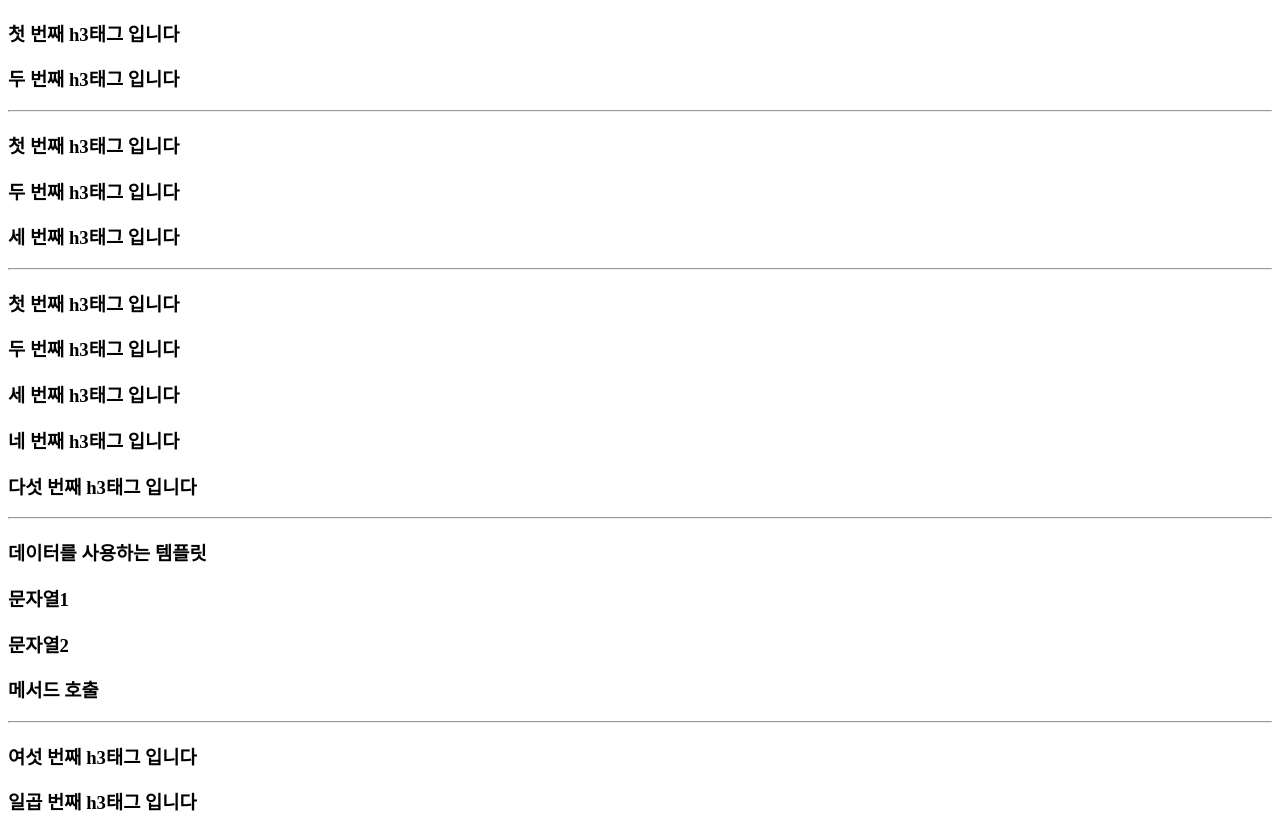
Repository: HyoJun00/Vue_JS
Page: Component/src/main/webapp/index.html
The author's editor kept a copy of each file at every save. The page is drawn from the files as they stood at one save, then again after the next save.
The browser window is 1280 px wide. The pictures show the whole page.

Above is the page before, as saved 2025-07-15 06:05:11.

### Component/src/main/webapp/index.html
<!DOCTYPE html>
<html>
<head>
<meta charset="UTF-8">
<title>Insert title here</title>
<script src="https://cdn.jsdelivr.net/npm/vue@2"></script>
<script>
	Vue.component('component1', {
		template : '<div>'
				 + '<h3>첫 번째 h3태그 입니다</h3>'
				 + '<h3>두 번째 h3태그 입니다</h3>'
				 + '</div>'
	})

	Vue.component('component2', {
		template : '<h3>세 번째 h3태그 입니다</h3>'
	})

	Vue.component('data_component', {
		template : '<div>'
				 + '<h3>데이터를 사용하는 템플릿</h3>'
				 + '<h3>{{a1}}</h3>'
				 + '<h3>{{a2}}</h3>'
				 + '<h3>{{test_method1()}}</h3>'
				 + '</div>',
		data : function(){
			rtn_obj = {
					a1 : '문자열1',
					a2 : '문자열2'
			}
			return rtn_obj
		},
		methods : {
			test_method1 : function(){
				return '메서드 호출'
			}
		}

	})

	window.onload = function(){
		var test1 = new Vue({
			el : '#test1'
		})

		var test2 = new Vue({
			el : '#test2'
		})

		var test3 = new Vue({
			el : '#test3',
			components : {
				'component3' : {
					template : '<h3>네 번째 h3태그 입니다</h3>'
				},
				'component4' : {
					template : '<h3>다섯 번째 h3태그 입니다</h3>'
				}
			}
		})

		var test4 = new Vue({
			el : '#test4'
		})

		var test5 = new Vue({
			el : '#test5',
			components : {
				'component5' : {
					template : '<h3>여섯 번째 h3태그 입니다</h3>'
				},
				'component6' : {
					template : '<h3>일곱 번째 h3태그 입니다</h3>'
				}
			},
			data : {
				view1 : 'component5',
				view2 : 'component6'
			}
		})
	}
</script>
</head>
<body>
	<div id="test1">
		<component1></component1>
	</div>
	<hr/>
	<div id="test2">
		<component1></component1>
		<component2></component2>
		<!-- <component3></component3> -->
	</div>
	<hr/>
	<div id="test3">
		<component1></component1>
		<component2></component2>
		<component3></component3>
		<component4></component4>
	</div>
	<hr/>
	<div id="test4">
		<data_component></data_component>
	</div>
	<hr/>
	<div id="test5">
	<!-- <component5></component5>
		<component6></component6> -->
		<component v-bind:is='view1'></component>
		<component v-bind:is='view2'></component>
	</div>
</body>
</html>

After the next save:
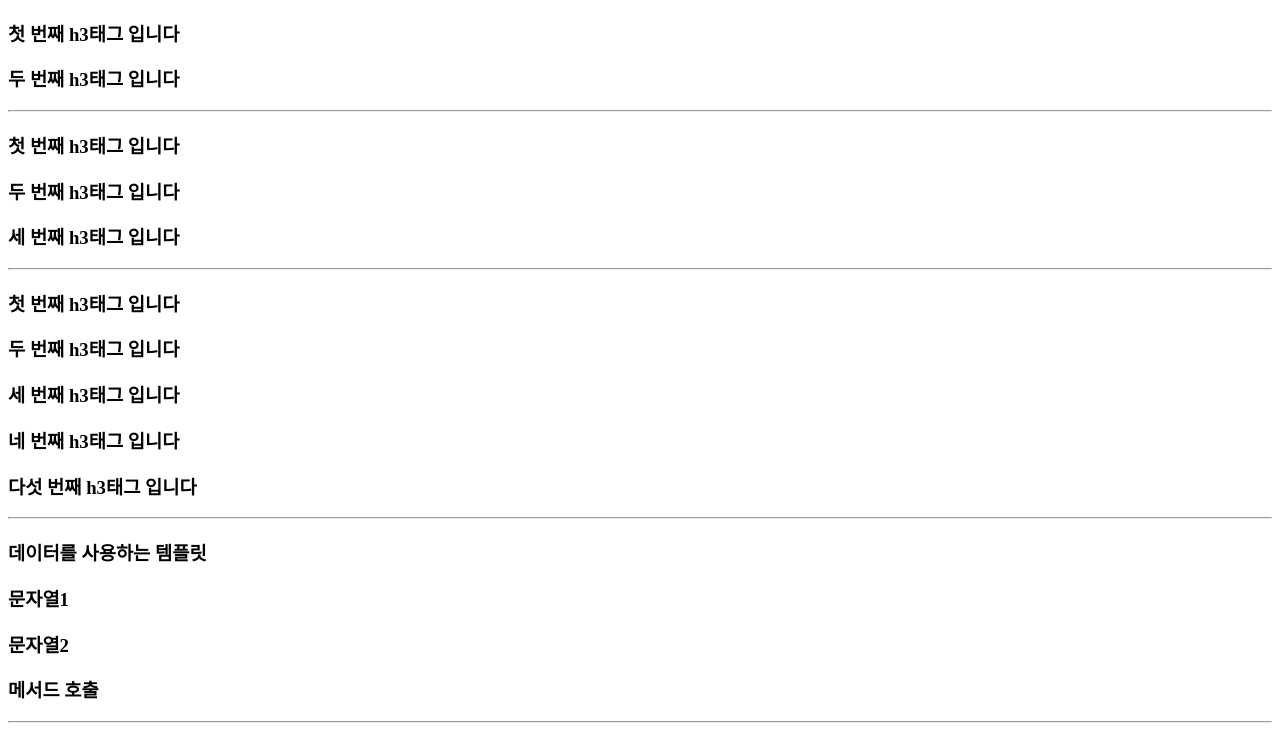
Saved 82 s later.
--- a/Component/src/main/webapp/index.html
+++ b/Component/src/main/webapp/index.html
@@ -105,9 +105,10 @@
 	<hr/>
 	<div id="test5">
 	<!-- <component5></component5>
-		<component6></component6> -->
+		<component6></component6>
 		<component v-bind:is='view1'></component>
 		<component v-bind:is='view2'></component>
+		-->
 	</div>
 </body>
 </html>
